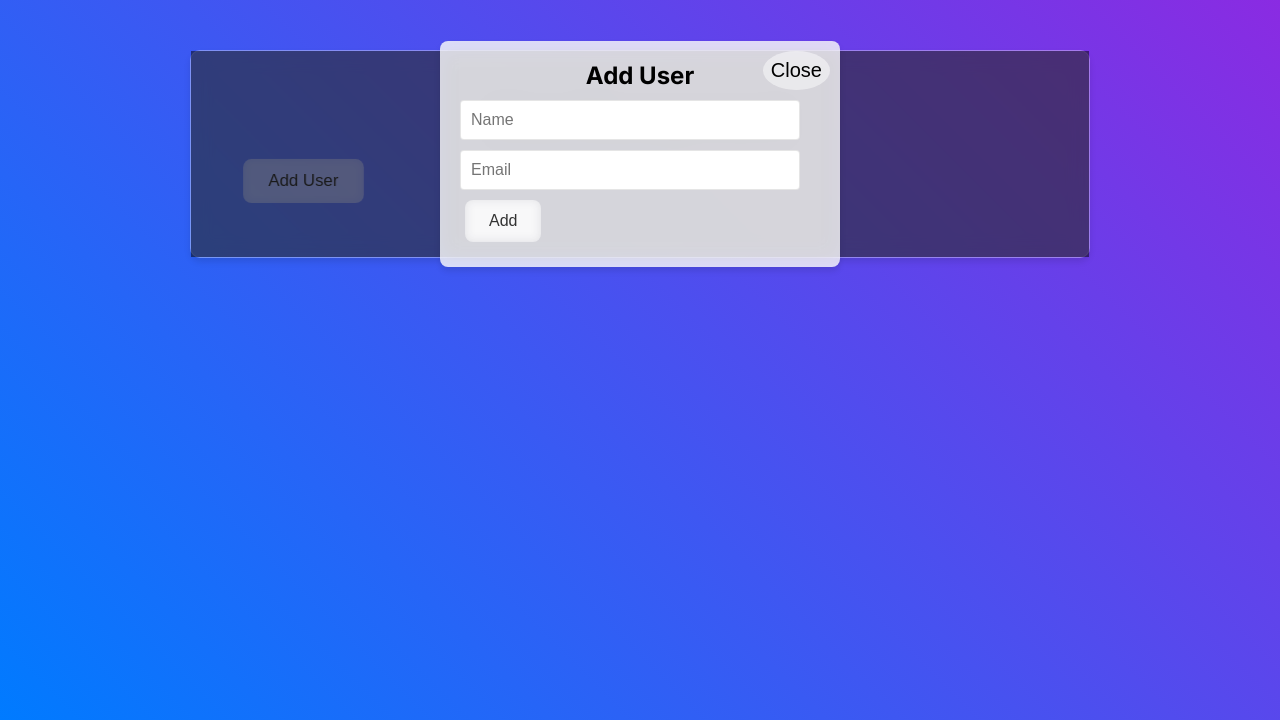
Repository: EeeeeEyyyy/crud-proj
Page: /, after clicking the first element matching `button.glassButton-add`
These files come from the project's save history. The page is drawn as it stood at one moment and after the next save; the edit follows.
The browser window is 1280 px wide. The pictures show the whole page.
The pointer rests on the first visible `.glassButton-add`.
The page's requests for data from a server got no answer. The project was rebuilt for these pictures with package versions that can differ from the ones it lists, and the page was loaded fresh each time. The framework's server and built-in components were replaced by stand-ins that run in the browser. No one was signed in, and anything a server would have sent is missing. Also part of the build but not shown: next.config.mjs.

Above is the page before, as saved 2024-06-25 08:24:11.

### src/app/page.js
"use client";

import React, { useEffect, useState } from "react";
import axios from "axios";

const Page = () => {
  const [users, setUsers] = useState([]);
  const [isCreateModalOpen, setCreateModalOpen] = useState(false);
  const [isUpdateModalOpen, setUpdateModalOpen] = useState(false);
  const [isDeleteModalOpen, setDeleteModalOpen] = useState(false);
  const [selectedUser, setSelectedUser] = useState(null);
  const [newUser, setNewUser] = useState({ name: "", email: "" });

  useEffect(() => {
    fetchUsers();
  }, []);

  const fetchUsers = async () => {
    try {
      const response = await axios.get(
        "https://jsonplaceholder.typicode.com/users"
      );
      setUsers(response.data);
    } catch (error) {
      console.error("Error fetching users:", error);
    }
  };

  const addUser = async () => {
    try {
      const response = await axios.post(
        "https://jsonplaceholder.typicode.com/users",
        newUser
      );
      setUsers([...users, response.data]);
      setCreateModalOpen(false);
    } catch (error) {
      console.error("Error adding user:", error);
    }
  };

  const updateUser = async (id) => {
    try {
      const response = await axios.put(
        `https://jsonplaceholder.typicode.com/users/${id}`,
        selectedUser
      );
      setUsers(users.map((user) => (user.id === id ? response.data : user)));
      setUpdateModalOpen(false);
    } catch (error) {
      console.error("Error updating user:", error);
    }
  };

  const deleteUser = async (id) => {
    try {
      await axios.delete(`https://jsonplaceholder.typicode.com/users/${id}`);
      setUsers(users.filter((user) => user.id !== id));
      setDeleteModalOpen(false);
    } catch (error) {
      console.error("Error deleting user:", error);
    }
  };

  const openCreateModal = () => {
    setNewUser({ name: "", email: "" });
    setCreateModalOpen(true);
  };

  const closeCreateModal = () => {
    setCreateModalOpen(false);
  };

  const openUpdateModal = (user) => {
    setSelectedUser(user);
    setUpdateModalOpen(true);
  };

  const closeUpdateModal = () => {
    setSelectedUser(null);
    setUpdateModalOpen(false);
  };

  const openDeleteModal = (user) => {
    setSelectedUser(user);
    setDeleteModalOpen(true);
  };

  const closeDeleteModal = () => {
    setSelectedUser(null);
    setDeleteModalOpen(false);
  };

  const handleGoToHome = () => {
    router.push("/");
  };

  return (
    <div className="container">
      <h1>User Management</h1>
      <button onClick={openCreateModal} className="glassButton-add">
        Add User
      </button>
      <ul>
        {users.map((user) => (
          <li key={user.id}>
            {user.name} - {user.email}
            <div>
              {" "}
              <button
                onClick={() => openUpdateModal(user)}
                className="glassButton"
                style={{
                  display: "inline-flex",
                  alignItems: "center",
                  justifyContent: "center",
                }}
              >
                Update
              </button>
              <button
                onClick={() => openDeleteModal(user)}
                className="glassButton"
              >
                Delete
              </button>
            </div>
          </li>
        ))}
      </ul>
      {isCreateModalOpen && (
        <div className="modalOverlay">
          <div className="modal">
            <h2>Add User</h2>
            <input
              type="text"
              placeholder="Name"
              value={newUser.name}
              onChange={(e) => setNewUser({ ...newUser, name: e.target.value })}
            />
            <input
              type="email"
              placeholder="Email"
              value={newUser.email}
              onChange={(e) =>
                setNewUser({ ...newUser, email: e.target.value })
              }
            />
            <button onClick={addUser} className="glassButton">
              Add
            </button>
            <button onClick={closeCreateModal} className="closeButton">
              Close
            </button>
          </div>
        </div>
      )}
      {isUpdateModalOpen && selectedUser && (
        <div className="modalOverlay">
          <div className="modal">
            <h2>Update User</h2>
            <input
              type="text"
              placeholder="Name"
              value={selectedUser.name}
              onChange={(e) =>
                setSelectedUser({ ...selectedUser, name: e.target.value })
              }
            />
            <input
              type="email"
              placeholder="Email"
              value={selectedUser.email}
              onChange={(e) =>
                setSelectedUser({ ...selectedUser, email: e.target.value })
              }
            />
            <button
              onClick={() => updateUser(selectedUser.id)}
              className="glassButton"
            >
              Update
            </button>
            <button onClick={closeUpdateModal} className="closeButton">
              Close
            </button>
          </div>
        </div>
      )}
      {isDeleteModalOpen && selectedUser && (
        <div className="modalOverlay">
          <div className="modal">
            <h2>Are you sure you want to delete {selectedUser.name}?</h2>
            <button
              onClick={() => deleteUser(selectedUser.id)}
              className="glassButton"
            >
              Yes
            </button>
            <button onClick={closeDeleteModal} className="closeButton">
              No
            </button>
          </div>
        </div>
      )}
    </div>
  );
};
export default Page;

### src/app/globals.css
* {
  box-sizing: border-box;
  padding: 0;
  margin: 0;
}
html,
body {
  max-width: 100vw;
  overflow-x: hidden;
  background: linear-gradient(
    45deg,
    rgb(0, 123, 255),
    rgb(138, 43, 226)
  ); /* Blue to Violet */
  height: 100%;
  margin: 0;
  padding: 0;
  font-family: Arial, sans-serif;
}
a {
  color: inherit;
  text-decoration: none;
}
.main {
  display: flex;
  flex-direction: column;
  justify-content: space-between;
  align-items: center;
  padding: 6rem;
  min-height: 100vh;
}
.description {
  display: inherit;
  justify-content: inherit;
  align-items: inherit;
  font-size: 0.85rem;
  max-width: var(--max-width);
  width: 100%;
  z-index: 2;
  font-family: var(--font-mono);
}
.description a {
  display: flex;
  justify-content: center;
  align-items: center;
  gap: 0.5rem;
}
.description p {
  position: relative;
  margin: 0;
  padding: 1rem;
  background-color: rgba(var(--callout-rgb), 0.5);
  border: 1px solid rgba(var(--callout-border-rgb), 0.3);
  border-radius: var(--border-radius);
}
.code {
  font-weight: 700;
  font-family: var(--font-mono);
}
.grid {
  display: grid;
  grid-template-columns: repeat(4, minmax(25%, auto));
  max-width: 100%;
  width: var(--max-width);
}
.card {
  padding: 1rem 1.2rem;
  border-radius: var(--border-radius);
  background: rgba(var(--card-rgb), 0);
  border: 1px solid rgba(var(--card-border-rgb), 0);
  transition: background 200ms, border 200ms;
}
.card span {
  display: inline-block;
  transition: transform 200ms;
}

.card h2 {
  font-weight: 600;
  margin-bottom: 0.7rem;
}
.card p {
  margin: 0;
  opacity: 0.6;
  font-size: 0.9rem;
  line-height: 1.5;
  max-width: 30ch;
  text-wrap: balance;
}
.center {
  display: flex;
  justify-content: center;
  align-items: center;
  position: relative;
  padding: 4rem 0;
}
.center::before {
  background: var(--secondary-glow);
  border-radius: 50%;
  width: 480px;
  height: 360px;
  margin-left: -400px;
}
.center::after {
  background: var(--primary-glow);
  width: 240px;
  height: 180px;
  z-index: -1;
}
.center::before,
.center::after {
  content: "";
  left: 50%;
  position: absolute;
  filter: blur(45px);
  transform: translateZ(0);
}
.logo {
  position: relative;
}
/* Enable hover only on non-touch devices */
@media (hover: hover) and (pointer: fine) {
  .card:hover {
    background: rgba(var(--card-rgb), 0.1);
    border: 1px solid rgba(var(--card-border-rgb), 0.15);
  }
  .card:hover span {
    transform: translateX(4px);
  }
}
@media (prefers-reduced-motion) {
  .card:hover span {
    transform: none;
  }
}
/* Mobile */
@media (max-width: 700px) {
  .content {
    padding: 4rem;
  }
  .grid {
    grid-template-columns: 1fr;
    margin-bottom: 120px;
    max-width: 320px;
    text-align: center;
  }
  .card {
    padding: 1rem 2.5rem;
  }

  .card h2 {
    margin-bottom: 0.5rem;
  }

  .center {
    padding: 8rem 0 6rem;
  }

  .center::before {
    transform: none;
    height: 300px;
  }

  .description {
    font-size: 0.8rem;
  }

  .description a {
    padding: 1rem;
  }

  .description p,
  .description div {
    display: flex;
    justify-content: center;
    position: fixed;
    width: 100%;
  }

  .description p {
    align-items: center;
    inset: 0 0 auto;
    padding: 2rem 1rem 1.4rem;
    border-radius: 0;
    border: none;
    border-bottom: 1px solid rgba(var(--callout-border-rgb), 0.25);
    background: linear-gradient(
      to bottom,
      rgba(var(--background-start-rgb), 1),
      rgba(var(--callout-rgb), 0.5)
    );
    background-clip: padding-box;
    backdrop-filter: blur(24px);
  }

  .description div {
    align-items: flex-end;
    pointer-events: none;
    inset: auto 0 0;
    padding: 2rem;
    height: 200px;
    background: linear-gradient(
      to bottom,
      transparent 0%,
      rgb(var(--background-end-rgb)) 40%
    );
    z-index: 1;
  }
}

/* Tablet and Smaller Desktop */
@media (min-width: 701px) and (max-width: 1120px) {
  .grid {
    grid-template-columns: repeat(2, 50%);
  }
}

@media (prefers-color-scheme: dark) {
  .vercelLogo {
    filter: invert(1);
  }

  .logo {
    filter: invert(1) drop-shadow(0 0 0.3rem #ffffff70);
  }
}

@keyframes rotate {
  from {
    transform: rotate(360deg);
  }
  to {
    transform: rotate(0deg);
  }
}
.container {
  max-width: 1000px;
  margin: 50px auto;
  padding: 20px;
  background: rgba(0, 123, 255, 0.2);
  border: 1px solid rgba(0, 123, 255, 0.18);
  border-radius: 10px;
  backdrop-filter: blur(10px);
  box-shadow: 0 4px 6px rgba(0, 0, 0, 0.1);
  text-align: center;
}

h1 {
  font-size: 2em;
  margin-bottom: 20px;
  color: #333;
}

/* Glass Button Styles */
.glassButton {
  background: rgba(255, 255, 255, 0.2);
  border: none;
  padding: 12px 24px;
  font-size: 16px;
  color: #7f0c0c;
  cursor: pointer;
  outline: none;
  transition: background-color 0.3s ease, transform 0.3s ease;
  backdrop-filter: blur(5px);
  border-radius: 8px;
  margin: 5px;
  display: flex;
  flex-direction: row;
  align-items: center;
}

.glassButton:hover {
  background: rgba(255, 255, 255, 0.3);
  transform: scale(1.05);
}

/* Modal Styles */
.modalOverlay {
  position: fixed;
  top: 0;
  left: 0;
  right: 0;
  bottom: 0;
  background-color: rgba(0, 0, 0, 0.5);
  display: flex;
  justify-content: center;
  align-items: center;
  z-index: 1000;
}

.modal {
  background: rgba(255, 255, 255, 0.8);
  padding: 20px;
  border-radius: 8px;
  width: 400px;
  max-width: 90%;
  box-shadow: 0 4px 6px rgba(0, 0, 0, 0.1);
  backdrop-filter: blur(10px);
  position: relative;
}

.closeButton {
  background: rgba(255, 255, 255, 0.5);
  padding: 8px;
  border-radius: 50%;
  border: none;
  font-size: 20px;
  cursor: pointer;
  position: absolute;
  top: 10px;
  right: 10px;
  transition: background-color 0.3s ease;
}

.closeButton:hover {
  background: rgba(255, 255, 255, 0.8);
}

/* List Styles */
ul {
  list-style-type: none;
  padding: 0;
}

li {
  display: flex;
  justify-content: space-between;
  align-items: center;
  padding: 10px;
  border-bottom: 1px solid rgba(0, 0, 0, 0.1);
  color: #333;
}

/* Input Styles */
input {
  display: block;
  width: calc(100% - 20px);
  margin: 10px 0;
  padding: 10px;
  border: 1px solid rgba(0, 0, 0, 0.1);
  border-radius: 4px;
  font-size: 16px;
}
.container {
  max-width: 900px;
  margin: 50px auto;
  padding: 50px;
  background: rgba(255, 255, 255, 0.2);
  border: 1px solid rgba(255, 255, 255, 0.18);
  border-radius: 10px;
  backdrop-filter: blur(10px);
  box-shadow: 0 4px 6px rgba(0, 0, 0, 0.1);
  text-align: center;
}
h1 {
  font-size: 2em;
  margin-bottom: 20px;
  color: #333;
}
.glassButton {
  display: flex;
  flex-direction: row;
  align-items: center;
  gap: 30px;
  background: rgba(255, 255, 255, 0.2);
  border: none;
  padding: 12px 24px;
  font-size: 16px;
  color: #333;
  cursor: pointer;
  outline: none;
  transition: background-color 0.3s ease, transform 0.3s ease;
  backdrop-filter: blur(5px);
  border-radius: 8px;
  margin: 5px;
}
.glassButton-add {
  display: flex;
  flex-direction: row;
  align-items: center;
  gap: 30px;
  background: #17f3ff33;
  border: none;
  padding: 12px 24px;
  font-size: 16px;
  color: #333;
  cursor: pointer;
  outline: none;
  transition: background-color 0.3s ease, transform 0.3s ease;
  backdrop-filter: blur(5px);
  border-radius: 8px;
  margin: 5px;
}
.glassButton:hover {
  background: rgba(255, 255, 255, 0.3);
  transform: scale(1.05);
}
.glassButton-add:hover {
  background: rgba(255, 255, 255, 0.3);
  transform: scale(1.05);
.modalOverlay {
  position: fixed;
  top: 0;
  left: 0;
  right: 0;
  bottom: 0;
  background-color: rgba(0, 0, 0, 0.5);
  display: flex;
  justify-content: center;
  align-items: center;
  z-index: 1000;
  size: 50px;

  border-radius: 1%;
}
.modal {
  background: rgba(255, 255, 255, 0.8);
  padding: 20px;
  border-radius: 8px;
  width: 400px;
  max-width: 90%;
  box-shadow: 0 4px 6px rgba(0, 0, 0, 0.1);
  backdrop-filter: blur(10px);
  position: fixed;
}
.closeButton {
  background: rgba(255, 255, 255, 0.5);
  padding: 8px;
  border-radius: 50%;
  border: none;
  font-size: 20px;
  cursor: pointer;
  position: absolute;
  top: 10px;
  right: 10px;
  transition: background-color 0.3s ease;
}
.closeButton:hover {
  background: rgba(255, 255, 255, 0.8);
}
ul {
  list-style-type: none;
  padding: 0;
}
li {
  display: flex;
  justify-content: space-between;
  align-items: center;
  padding: 10px;
  border-bottom: 1px solid rgba(0, 0, 0, 0.1);
  color: #333;
}
input {
  display: block;
  width: calc(100% - 20px);
  margin: 10px 0;
  padding: 10px;
  border: 1px solid rgba(0, 0, 0, 0.1);
  border-radius: 4px;
  font-size: 16px;
}

Loaded but not shown: src/app/layout.js (common file)

After the next save:
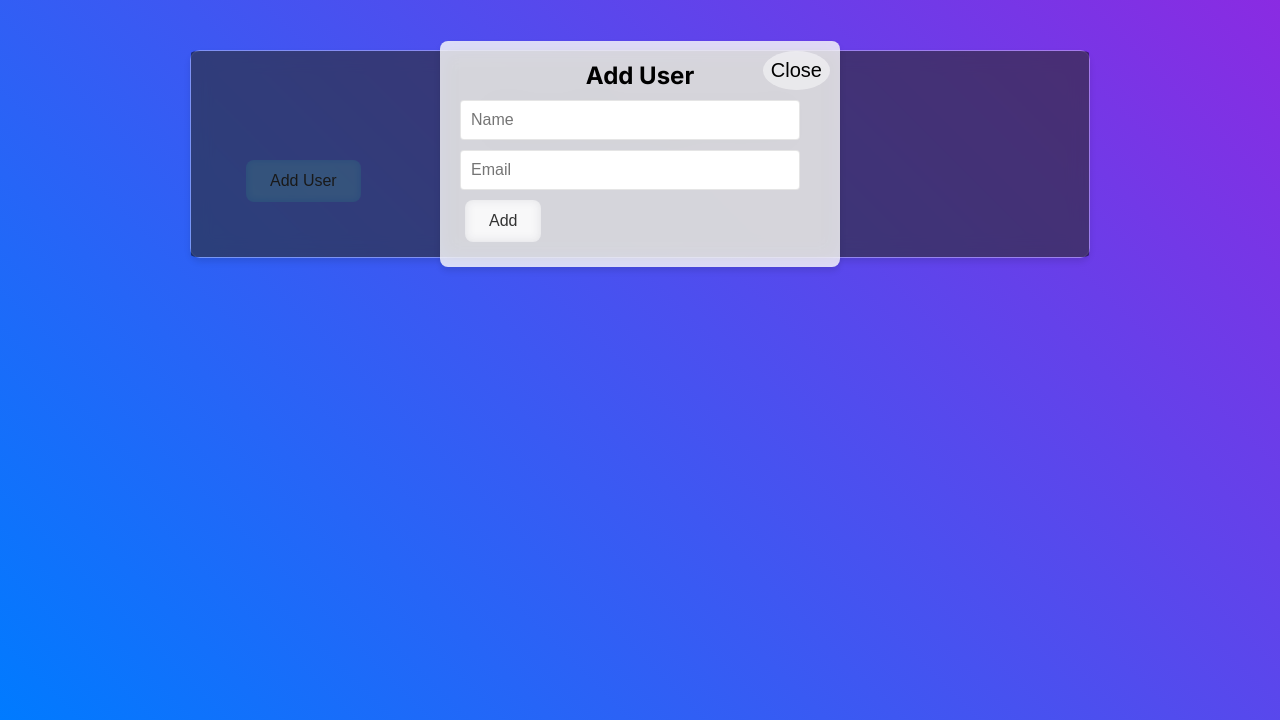
Saved 15 s later.
--- a/src/app/globals.css
+++ b/src/app/globals.css
@@ -395,9 +395,6 @@ h1 {
   background: rgba(255, 255, 255, 0.3);
   transform: scale(1.05);
 }
-.glassButton-add:hover {
-  background: rgba(255, 255, 255, 0.3);
-  transform: scale(1.05);
 .modalOverlay {
   position: fixed;
   top: 0;
